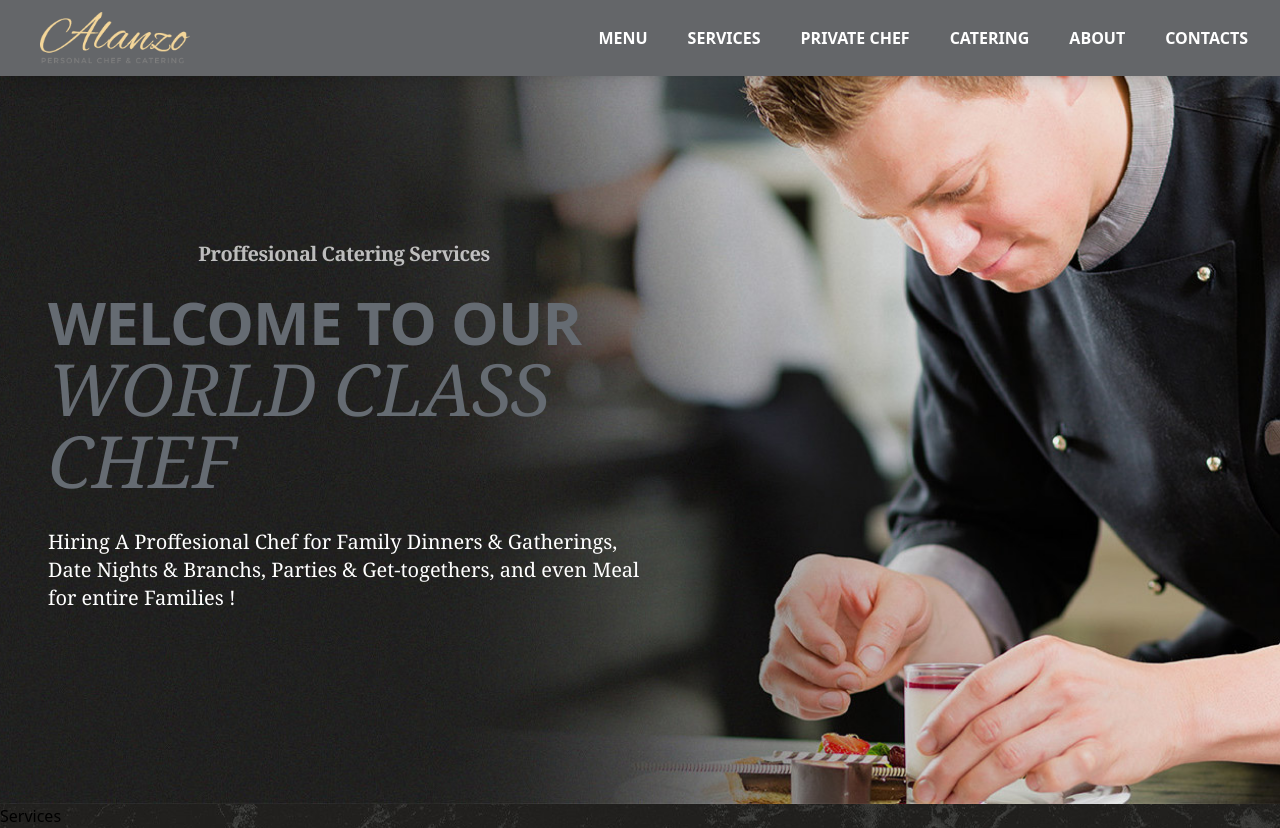
Repository: remydev47/alanzo
Page: /
The author's editor kept a copy of each file at every save. The page is drawn from the files as they stood at one save, then again after the next save.
The browser window is 1280 px wide. The pictures show the whole page.
The project was rebuilt for these pictures with package versions that can differ from the ones it lists, and the page was loaded fresh each time. The framework's server and built-in components were replaced by stand-ins that run in the browser. Also part of the build but not shown: next.config.js, components/Aboutus.tsx, components/Consulting.tsx, components/Catering.tsx, components/Menu.tsx, components/Testimonials.tsx, components/CTA.tsx, components/Footer.tsx.

Above is the page before, as saved 2022-12-17 11:19:13.

After the next save:
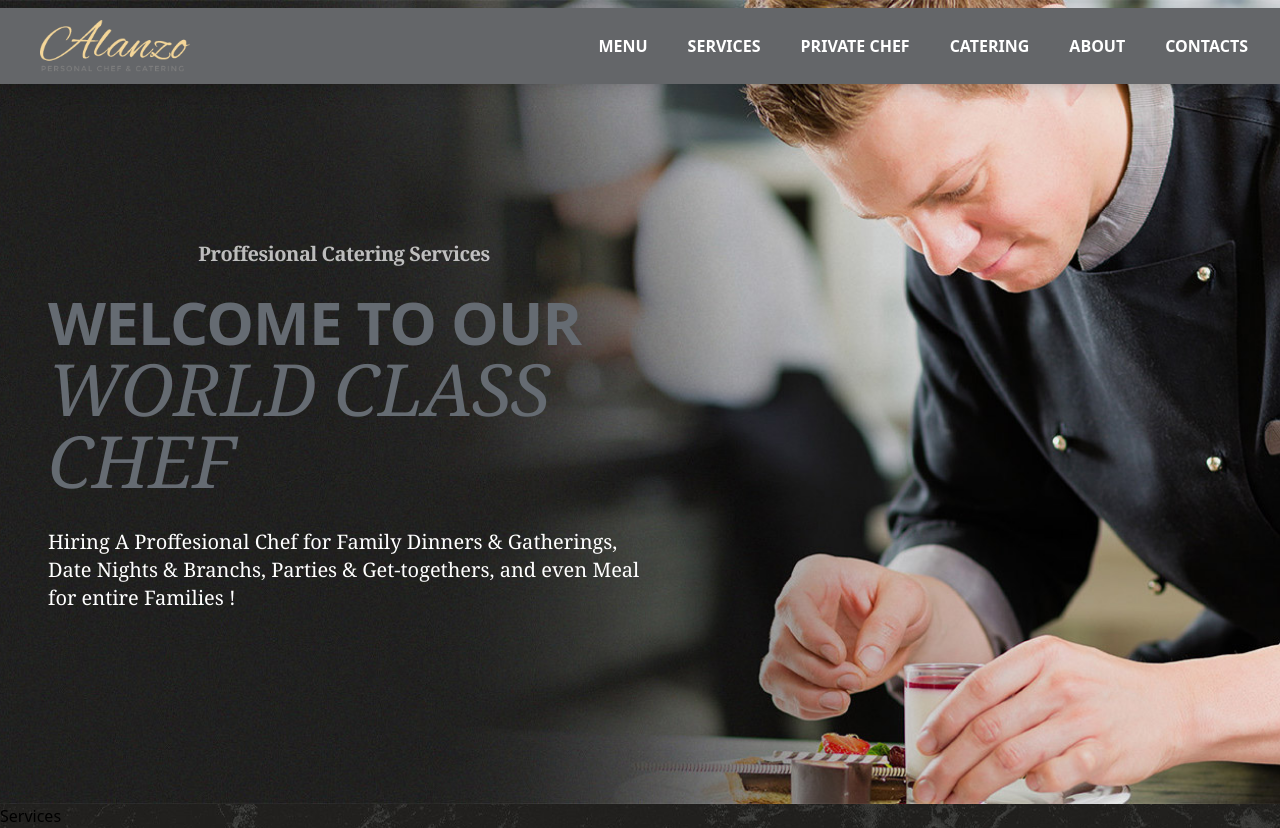
Saved 5 min 16 s later.
--- a/components/Navbar.tsx
+++ b/components/Navbar.tsx
@@ -7,7 +7,7 @@ import { Button } from './Button';
 
 const Navbar = () => {
   return (
-    <header className="fixed inset-x-0 bg-[#646669] z-20 flex justify-between items-center py-2 px-2 shadow-lg dark:bg-slate-900 sm:py-3 sm:px-8">
+    <header className="fixed inset-x-0 bg-[#646669] z-20 flex justify-between items-center py-2 px-2 shadow-lg dark:bg-slate-900 sm:py-3 sm:px-8 mt-2">
             <div className='flex grow-0 basis-1/3 md:hidden'>
                 <Menupopover />
             </div>
